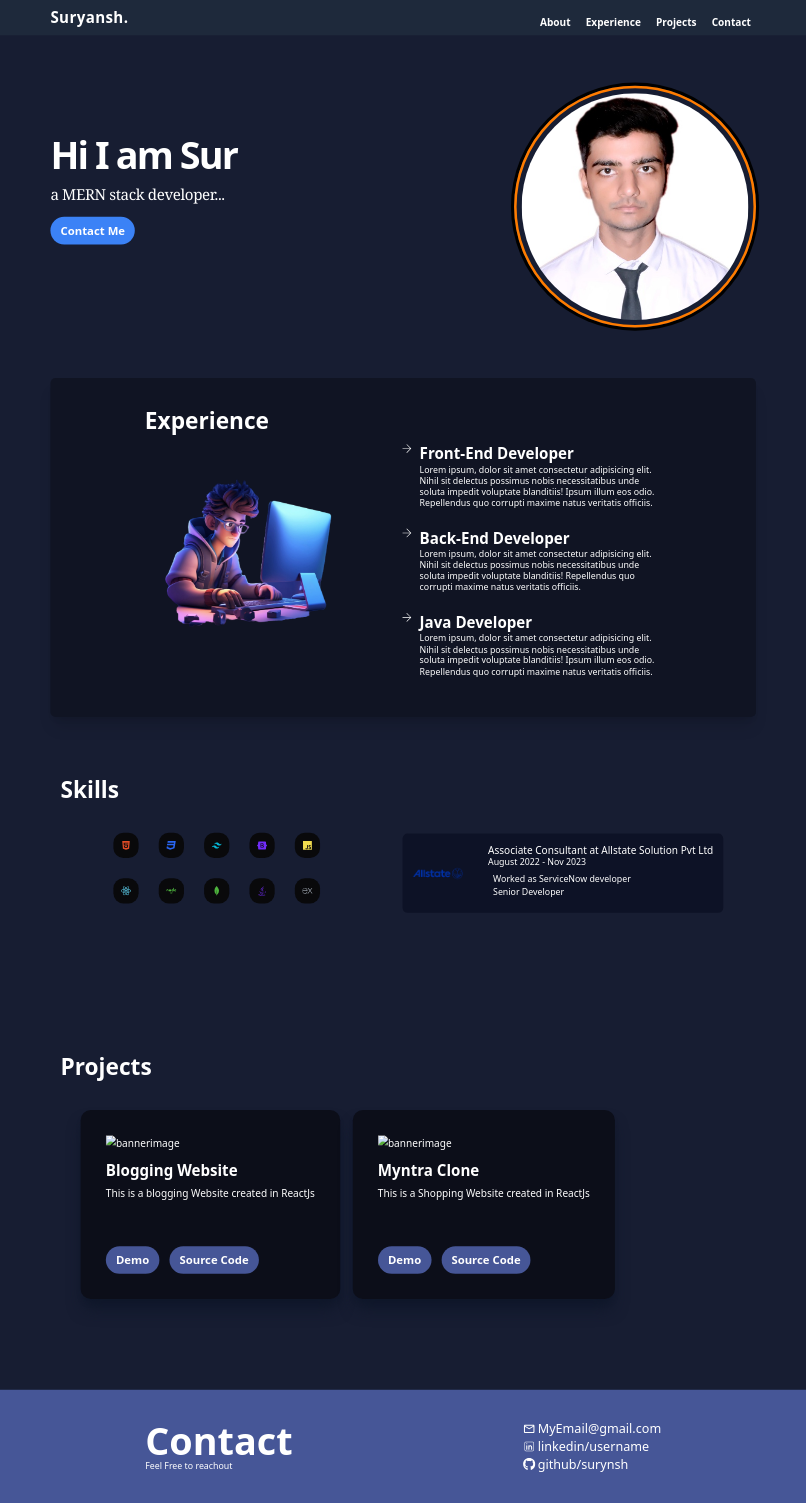
Repository: suryanshsingh99181/portfolio
Page: /
An editor plug-in stored every save of this project. The page is shown before and after the next save, followed by the edit.
The browser window is 1280 px wide. The pictures show the whole page, at 63% of full size.
The project was rebuilt for these pictures with package versions that can differ from the ones it lists, and the page was loaded fresh each time. Also part of the build but not shown: vite.config.js.

Above is the page before, as saved 2024-08-22 11:23:34.

### src/main.jsx
import { StrictMode } from "react";
import { createRoot } from "react-dom/client";
import App from "./App.jsx";
import "./index.css";
import { BrowserRouter, Router } from "react-router-dom";

createRoot(document.getElementById("root")).render(
  <StrictMode>
    <App />
  </StrictMode>
);

### src/App.jsx
import Experience from "./Components/experience/Experience";
import Footer from "./Components/footer/Footer";
import Home from "./Components/home/Home";
import Navbar from "./Components/navbar/Navbar";
import Projects from "./Components/Projects/Projects";
import Skills from "./Components/skills/Skills";
import "./index.css";

function App() {
  return (
    <div className="bg-[#171d32] h-auto w-full overflow-hidden">
      <Navbar></Navbar>
      <Home></Home>
      <Experience></Experience>
      <Skills></Skills>
      <Projects></Projects>
      <Footer></Footer>
    </div>
  );
}

export default App;

### src/Components/experience/Experience.jsx
import { InboxArrowDownIcon } from "@heroicons/react/16/solid";
import { TfiArrowRight } from "react-icons/tfi";
import image from "../../assets/proj.png";

const Experience = () => {
  return (
    <div
      id="Experience"
      className="text-white md:flex overflow-hidden items-center md:flex-wrap md:justify-center bg-black shadow-xl mx-0 md:mx-20 bg-opacity-30 rounded-lg p-12"
    >
      <div>
        <h2 className="text-2xl md:text-4xl font-bold">Experience</h2>
        <div className="md:flex flex-wrap flex-col md:flex-row items-center">
          <img
            className="md:h-80 -ml-28 pr-10"
            src={image}
            alt="Experience Image"
          />
          <ul>
            <div className="flex gap-3 py-4">
              <TfiArrowRight />
              <span className="w-96">
                <h1 className="text-xl md:text-2xl font-semibold leading-normal">
                  {" "}
                  Front-End Developer
                </h1>
                <p className="text-sm md:text-md leading-tight">
                  {" "}
                  Lorem ipsum, dolor sit amet consectetur adipisicing elit.
                  Nihil sit delectus possimus nobis necessitatibus unde soluta
                  impedit voluptate blanditiis! Ipsum illum eos odio.
                  Repellendus quo corrupti maxime natus veritatis officiis.
                </p>
              </span>
            </div>
            <div className="flex gap-3 py-4">
              <TfiArrowRight />
              <span className="w-96">
                <h1 className="text-xl md:text-2xl font-semibold leading-normal">
                  {" "}
                  Back-End Developer
                </h1>
                <p className="text-sm md:text-md leading-tight">
                  {" "}
                  Lorem ipsum, dolor sit amet consectetur adipisicing elit.
                  Nihil sit delectus possimus nobis necessitatibus unde soluta
                  impedit voluptate blanditiis! Repellendus quo corrupti maxime
                  natus veritatis officiis.
                </p>
              </span>
            </div>
            <div className="flex gap-3 py-4">
              <TfiArrowRight />
              <span className="w-96">
                <h1 className="text-xl md:text-2xl font-semibold leading-normal">
                  {" "}
                  Java Developer
                </h1>
                <p className="text-sm md:text-md leading-tight">
                  {" "}
                  Lorem ipsum, dolor sit amet consectetur adipisicing elit.
                  Nihil sit delectus possimus nobis necessitatibus unde soluta
                  impedit voluptate blanditiis! Ipsum illum eos odio.
                  Repellendus quo corrupti maxime natus veritatis officiis.
                </p>
              </span>
            </div>
          </ul>
        </div>
      </div>
    </div>
  );
};

export default Experience;

### src/Components/footer/Footer.jsx
import { CiLinkedin } from "react-icons/ci";
import { FaGithub } from "react-icons/fa";
import { MdOutlineEmail } from "react-icons/md";

const Footer = () => {
  return (
    <div
      id="Contact"
      className="flex justify-around bg-[#465697] text-white p-10 md:p-12 items-center"
    >
      <div>
        <h1 className="text-2xl md:text-6xl font-bold">Contact</h1>
        <h3 className="text-2xl md:text-sm font-normal ">
          Feel Free to reachout
        </h3>
      </div>
      <ul className="text-sm md:text-xl">
        <li className="flex gap-1 items-center">
          <MdOutlineEmail />
          MyEmail@gmail.com
        </li>
        <li className="flex gap-1 items-center">
          <CiLinkedin />
          linkedin/username
        </li>
        <li className="flex gap-1 items-center">
          <FaGithub />
          github/surynsh
        </li>
      </ul>
    </div>
  );
};

export default Footer;
<div></div>;

### src/Components/home/Home.jsx
import React from "react";
import image from "../../assets/suryansh.jpg";
import TextChanger from "../../TextChanger";

const Home = () => {
  return (
    <div className="text-white flex w-full justify-between items-start p-10 md:p-20">
      <div className="md:w-2/4 md:pt-10 mt-10">
        <h1 className="text-3xl md:text-6xl font-bold flex leading-normal tracking-tighter ">
          <TextChanger />
        </h1>
        <p className="text-sm md:text-2xl leading-tight tracking-tight font-serif mt-4">
          a MERN stack developer...
        </p>
        <button className=" bg-blue-500 mt-5 md:md-10 text-white py-2 px-3 text-sm md:text-lg md:px-4 hover:opacity-85 duration-300 hover:scale-105 font-semibold rounded-3xl bg-[#46]">
          Contact Me
        </button>
      </div>
      <div>
        <img
          className="h-96 w-96 rounded-full object-cover object-center p-2 border-4 border-[#FF7C00] shadow-[0_0_0_5px_rgba(0,0,0,1)]"
          src={image}
          alt=""
        />
      </div>
    </div>
  );
};

export default Home;

### src/Components/navbar/Navbar.jsx
import { RiCloseLine, RiMenu3Line } from "@remixicon/react";
import React, { useState } from "react";

const Navbar = () => {
  const [showMenu, setShowMenu] = useState(true);
  const [menu, openMenu] = useState(false);
  return (
    <nav className="flex flex-wrap justify-between md:items-center text-white px-10 md:px-20 bg-slate-800 ">
      <span className="text-2xl font-bold tracking-wide hover:text-cyan-200">
        Suryansh.
      </span>
      <ul
        className={`mx-24  py-2 mt-4 font-semibold md:-5 bg-black px-2 rounded-xl bg-opacity-30 md:border-none text-center md:bg-transparent md:static md:mx-0 md:flex gap-6 ${
          menu ? "block" : "hidden"
        }`}
      >
        <a href="#About">
          <li className="text-md transition-all duration-500 p-1 md:p-0 hover:text-cyan-200 hover:underline ">
            About
          </li>
        </a>
        <a href="#Experience">
          <li className="text-md transition-all duration-300 p-1 md:p-0 hover:text-cyan-200 hover:underline">
            Experience
          </li>
        </a>
        <a href="#Projects">
          <li className="text-md transition-all duration-300 p-1 md:p-0 hover:text-cyan-200 hover:underline">
            Projects
          </li>
        </a>
        <a href="#Contact">
          <li className="text-md transition-all duration-300 p-1 md:p-0 hover:text-cyan-200 hover:underline">
            Contact
          </li>
        </a>
      </ul>
      {showMenu ? (
        <RiMenu3Line
          size={30}
          className="md:hidden absolute right-10 top-6 transition-all duration-300"
          onClick={() => {
            openMenu(!menu);
            setShowMenu(!showMenu);
          }}
        />
      ) : (
        <RiCloseLine
          size={30}
          className="md:hidden absolute right-10 top-6 transition-all duration-300"
          onClick={() => {
            openMenu(!menu);
            setShowMenu(!showMenu);
          }}
        />
      )}
    </nav>
  );
};

export default Navbar;

### src/Components/Projects/Projects.jsx
import ProjectCard from "./ProjectCard";

const Projects = () => {
  return (
    <div id="Projects" className="p-10 md:p-24 text-white">
      <h1 className="text-2xl md:text-4xl text-white font-bold">Projects</h1>
      <div className="py-12 px-8 flex flex-wrap gap-5">
        <ProjectCard
          title="Blogging Website"
          main="This is a blogging Website created in ReactJs"
        />
        <ProjectCard
          title="Myntra Clone"
          main="This is a Shopping Website created in ReactJs"
        />
      </div>
    </div>
  );
};

export default Projects;

### src/Components/skills/Skills.jsx
import {
  FaCss3,
  FaFigma,
  FaGoogle,
  FaHtml5,
  FaJava,
  FaJs,
  FaNode,
  FaReact,
} from "react-icons/fa";
import {
  SiBootstrap,
  SiExpress,
  SiMongodb,
  SiRadixui,
  SiTailwindcss,
} from "react-icons/si";
import allstate_logo from "../../assets/Allstate-Logo-2017.png";
import image from "../../assets/proj.png";

const Skills = () => {
  return (
    <div id="Skills" className="p-10 md:p-24">
      <h1 className="text-2xl md:text-4xl text-white font-bold">Skills</h1>
      <div className="flex flex-wrap items-center justify-around">
        <div className="flex flex-wrap md:w-2/5 gap-8 md:p-12 py-10">
          <span className="p-3 bg-zinc-950 flex items-center rounded-2xl ">
            <FaHtml5 className=" text-[#e34c26]" />
          </span>
          <span className="p-3 bg-zinc-950 flex items-center rounded-2xl ">
            <FaCss3 className=" text-[#2965f1]" />
          </span>
          <span className="p-3 bg-zinc-950 flex items-center rounded-2xl ">
            <SiTailwindcss className=" text-[#06b6d4]" />
          </span>
          <span className="p-3 bg-zinc-950 flex items-center rounded-2xl ">
            <SiBootstrap className=" text-[#712CF9]" />
          </span>
          <span className="p-3 bg-zinc-950 flex items-center rounded-2xl ">
            <FaJs className="text-[#f0db4f]" />
          </span>
          <span className="p-3 bg-zinc-950 flex items-center rounded-2xl ">
            <FaReact className=" text-[#61dbfb] " />
          </span>

          <span className="p-3 bg-zinc-950 flex items-center rounded-2xl ">
            <FaNode className="text-[#4db33d]" />
          </span>

          <span className="p-3 bg-zinc-950 flex items-center rounded-2xl ">
            <SiMongodb className="text-[#4db33d]" />
          </span>
          <span className="p-3 bg-zinc-950 flex items-center rounded-2xl ">
            <FaJava className="text-[#712CF5]" />
          </span>
          <span className="p-3 bg-zinc-950 flex items-center rounded-2xl ">
            <SiExpress className="text-slate-300" />
          </span>
        </div>

        <div className="flex gap-10 bg-slate-950 bg-opacity-45 mt-4 rounded-lg p-4 items-center">
          <img src={allstate_logo} className="w-20 text-[#0033A0]" />
          <span className="text-white">
            <h2 className=" leading-tight ">
              Associate Consultant at Allstate Solution Pvt Ltd
            </h2>
            <p className="text-sm leading-tight font-thin">
              August 2022 - Nov 2023
            </p>
            <ul className="text-sm p-2">
              <li>Worked as ServiceNow developer</li>
              <li>Senior Developer</li>
            </ul>
          </span>
        </div>
      </div>
    </div>
  );
};

export default Skills;

### src/TextChanger.jsx
import { useState, useEffect } from "react";

const TextChanger = () => {
  const texts = ["Hi I am Suryansh", "Hi I am Suryansh", "Hi I am Suryansh"];
  const [currentText, setCurrentText] = useState("");
  const [endValue, setEndValue] = useState(true);
  const [isForward, setIsForward] = useState(true);
  const [index, setIndex] = useState(0);

  useEffect(() => {
    const intervalId = setInterval(() => {
      setCurrentText(texts[index].substring(0, endValue));
      if (isForward) {
        setEndValue((prev) => prev + 1);
      } else {
        setEndValue((prev) => prev - 1);
      }
      if (endValue > texts[index].length + 10) {
        setIsForward(false);
      }
      if (endValue < 2.1) {
        setIsForward(true);
        setIndex((prev) => prev & texts.length);
      }
    }, 50);
    return () => clearInterval(intervalId);
  }, [endValue, isForward, index, texts]);
  return <div className="transition ease duration-300">{currentText}</div>;
};

export default TextChanger;

### src/Components/Projects/ProjectCard.jsx
const ProjectCard = ({ title, main }) => {
  return (
    <div className="p-3 md:p-6 flex flex-col bg-[#0c0e19] shadow-xl shadow-slate-900 rounded-2xl">
      <img className="p-4" src={""} alt="bannerimage" />
      <h3 className="px-4 text-xl md:text-2xl font-bold leading-normal">
        {title}
      </h3>
      <p className="px-4 text-sm md:text-base leading-tight py-2">{main}</p>
      <div className="mt-2 p-2 md:p-4 flex gap-2 md:gap-4 ">
        <button className="md:mt-10 text-white py-2 px-3 text-sm md:text-lg md:py-2 md:px-4 hover:opacity-85 duration-300 hover:scale-105 font-semibold rounded-3xl bg-[#465697]">
          Demo
        </button>
        <button className="md:mt-10 text-white py-2 px-3 text-sm md:text-lg md:py-2 md:px-4 hover:opacity-85 duration-300 hover:scale-105 font-semibold rounded-3xl bg-[#465697]">
          Source Code
        </button>
      </div>
    </div>
  );
};

export default ProjectCard;

Loaded but not shown: index.html (common file); src/index.css (common file); tailwind.config.js (common file)

After the next save:
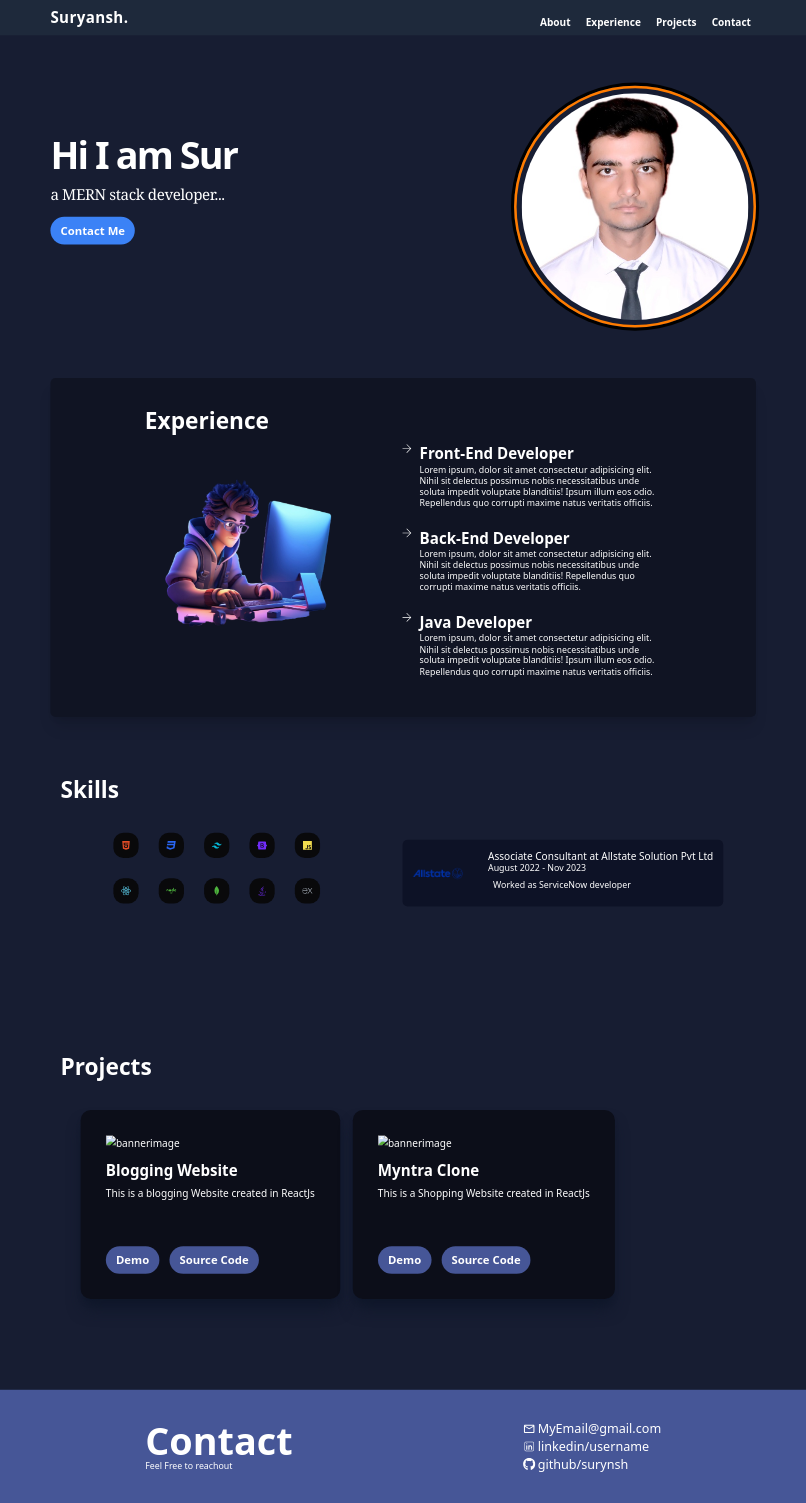
Saved 43 s later.
--- a/src/Components/skills/Skills.jsx
+++ b/src/Components/skills/Skills.jsx
@@ -69,7 +69,6 @@
             </p>
             <ul className="text-sm p-2">
               <li>Worked as ServiceNow developer</li>
-              <li>Senior Developer</li>
             </ul>
           </span>
         </div>
